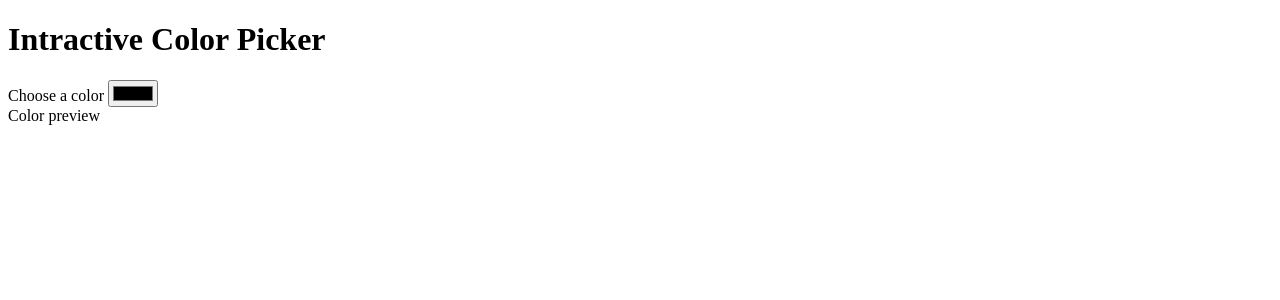
Repository: jamalissef-glitch/exercise1-JS
Page: Exeercise37/index.html
An editor plug-in stored every save of this project. The page is shown before and after the next save, followed by the edit.
The browser window is 1280 px wide. The pictures show the whole page.

Above is the page before, as saved 2026-07-15 17:10:26.

### Exeercise37/index.html
<!DOCTYPE html>
<html lang="en">

<head>
 <meta charset="UTF-8">
 <meta name="viewport" content="width=device-width, initial-scale=1.0">
 <title>Exercise Color Picker</title>
</head>

<body>
 <h1>Intractive Color Picker</h1>
 <label for="colorPicker">Choose a color</label>
 <input type="color" id="colorPicker">
 <div id="colorPreview">Color preview</div>

 <script src="./main.js"></script>
</body>

</html>

Loaded but not shown: Exeercise37/main.js (no stored copy; drawn as an empty file)

After the next save:
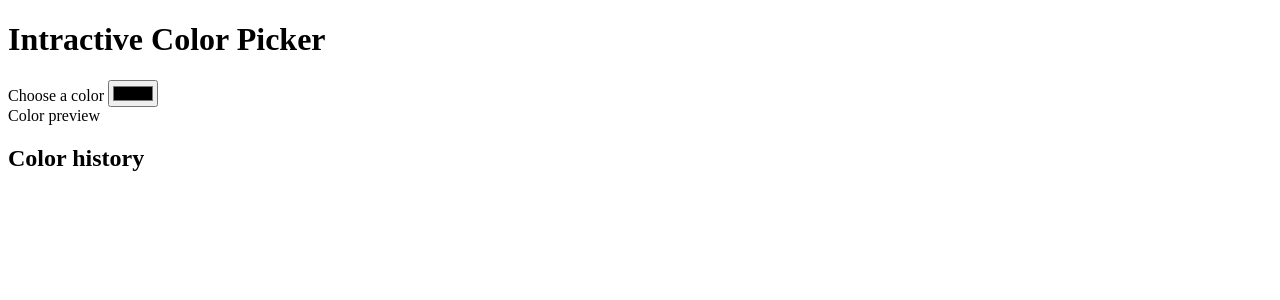
Saved 18 s later.
--- a/Exeercise37/index.html
+++ b/Exeercise37/index.html
@@ -13,6 +13,8 @@
  <input type="color" id="colorPicker">
  <div id="colorPreview">Color preview</div>
 
+ <h2>Color history</h2>
+
  <script src="./main.js"></script>
 </body>
 
